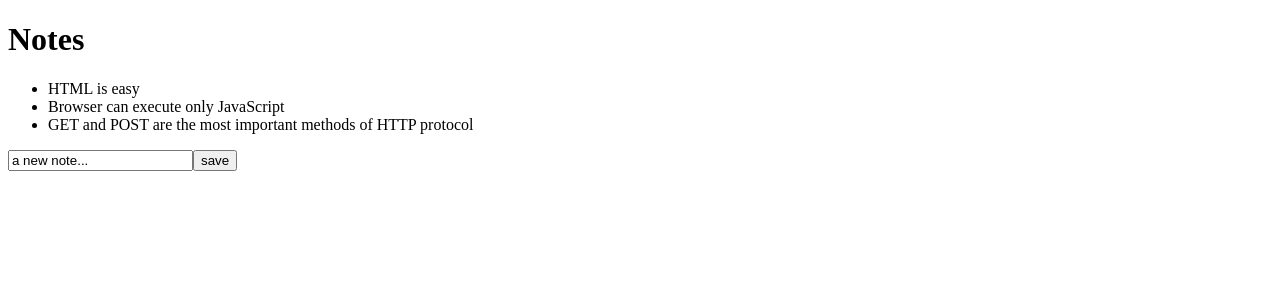
Repository: LordThiouk/part1
Page: /
An editor plug-in stored every save of this project. The page is shown before and after the next save, followed by the edit.
The browser window is 1280 px wide. The pictures show the whole page.
The project was rebuilt for these pictures with package versions that can differ from the ones it lists, and the page was loaded fresh each time. Also part of the build but not shown: vite.config.js.

Above is the page before, as saved 2023-09-23 04:20:17.

### src/main.jsx
import React from 'react'
import ReactDOM from 'react-dom/client'



import App from './App'

const notes = [
  {
    id: 1,
    content: 'HTML is easy',
    important: true
  },
  {
    id: 2,
    content: 'Browser can execute only JavaScript',
    important: false
  },
  {
    id: 3,
    content: 'GET and POST are the most important methods of HTTP protocol',
    important: true
  }
]

ReactDOM.createRoot(document.getElementById('root')).render(
  <App notes={notes} />
)

### src/App.jsx
import { useState } from 'react'
import Note from './components/Note'

const App = (props) => {
  const [notes, setNotes] = useState(props.notes)
  const [newNote, setNewNote] = useState(
    'a new note...'
  )

  const addNote = (event) => {
    event.preventDefault()
    const noteObject = {
      content: newNote,
      important: Math.random() < 0.5,
      id: notes.length + 1,
    }

    setNotes(notes.concat(noteObject))
    setNewNote('')

  }
  const handleNoteChange = (event) => {
    console.log(event.target.value)
    setNewNote(event.target.value)
  }
  return (
    <div>
      <h1>Notes</h1>
      <ul>
        {notes.map(note =>
          <Note key={note.id} note={note} />
          )}
      </ul>
      <form onSubmit={addNote}>
        <input
          value={newNote}
          onChange={handleNoteChange}
        />
        <button type="submit">save</button>
      </form>
    </div>
  )
}


export default App

Loaded but not shown: index.html (common file); src/components/Note.jsx (common file)

After the next save:
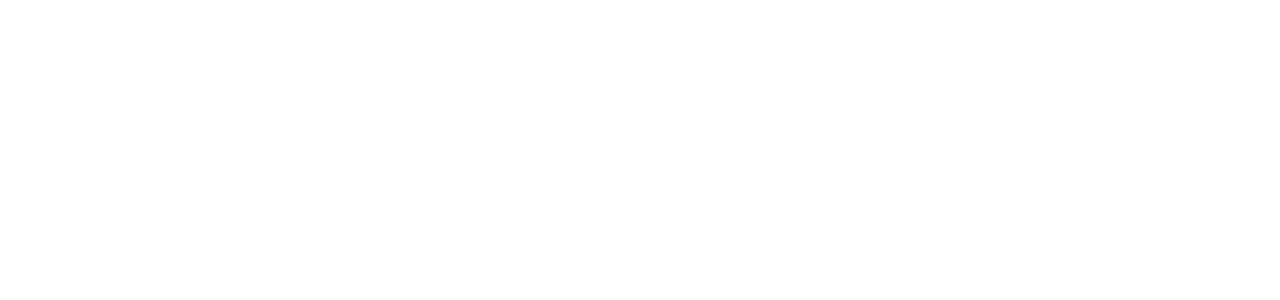
Console error: ReferenceError: showAll is not defined
Saved 19 min 10 s later.
--- a/src/App.jsx
+++ b/src/App.jsx
@@ -6,6 +6,9 @@
   const [newNote, setNewNote] = useState(
     'a new note...'
   )
+  const notesToShow = showAll
+    ? notes
+    : notes.filter(note => note.important === true)
 
   const addNote = (event) => {
     event.preventDefault()
@@ -26,8 +29,13 @@
   return (
     <div>
       <h1>Notes</h1>
+      <div>
+        <button onClick={() => setShowAll(!showAll)}>
+          show {showAll ? 'important' : 'all' }
+        </button>
+      </div>
       <ul>
-        {notes.map(note =>
+        {notesToShow.map(note =>
           <Note key={note.id} note={note} />
           )}
       </ul>

After the 3 saves that followed:
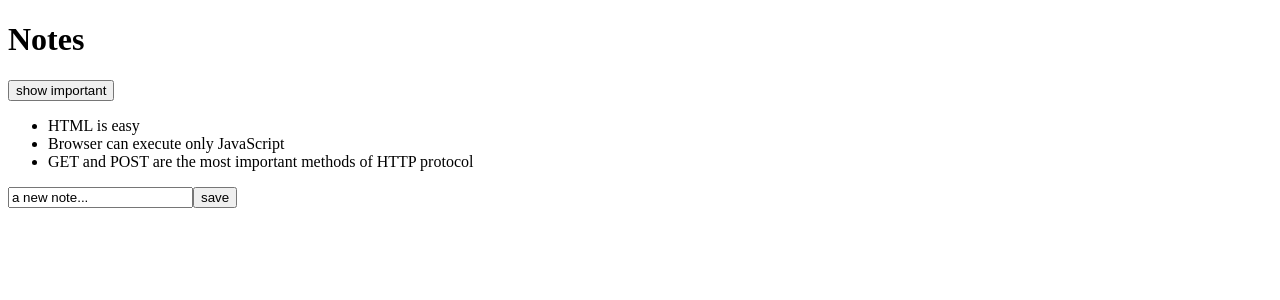
The error is gone.
The 3 saves are shown as one change because 1 did not build or start and 1 left the picture as it was.
The last was saved 14 min 10 s later.
--- a/src/App.jsx
+++ b/src/App.jsx
@@ -6,6 +6,7 @@
   const [newNote, setNewNote] = useState(
     'a new note...'
   )
+  const [showAll, setShowAll] = useState(true)
   const notesToShow = showAll
     ? notes
     : notes.filter(note => note.important === true)
@@ -29,11 +30,10 @@
   return (
     <div>
       <h1>Notes</h1>
-      <div>
         <button onClick={() => setShowAll(!showAll)}>
           show {showAll ? 'important' : 'all' }
         </button>
-      </div>
+
       <ul>
         {notesToShow.map(note =>
           <Note key={note.id} note={note} />
